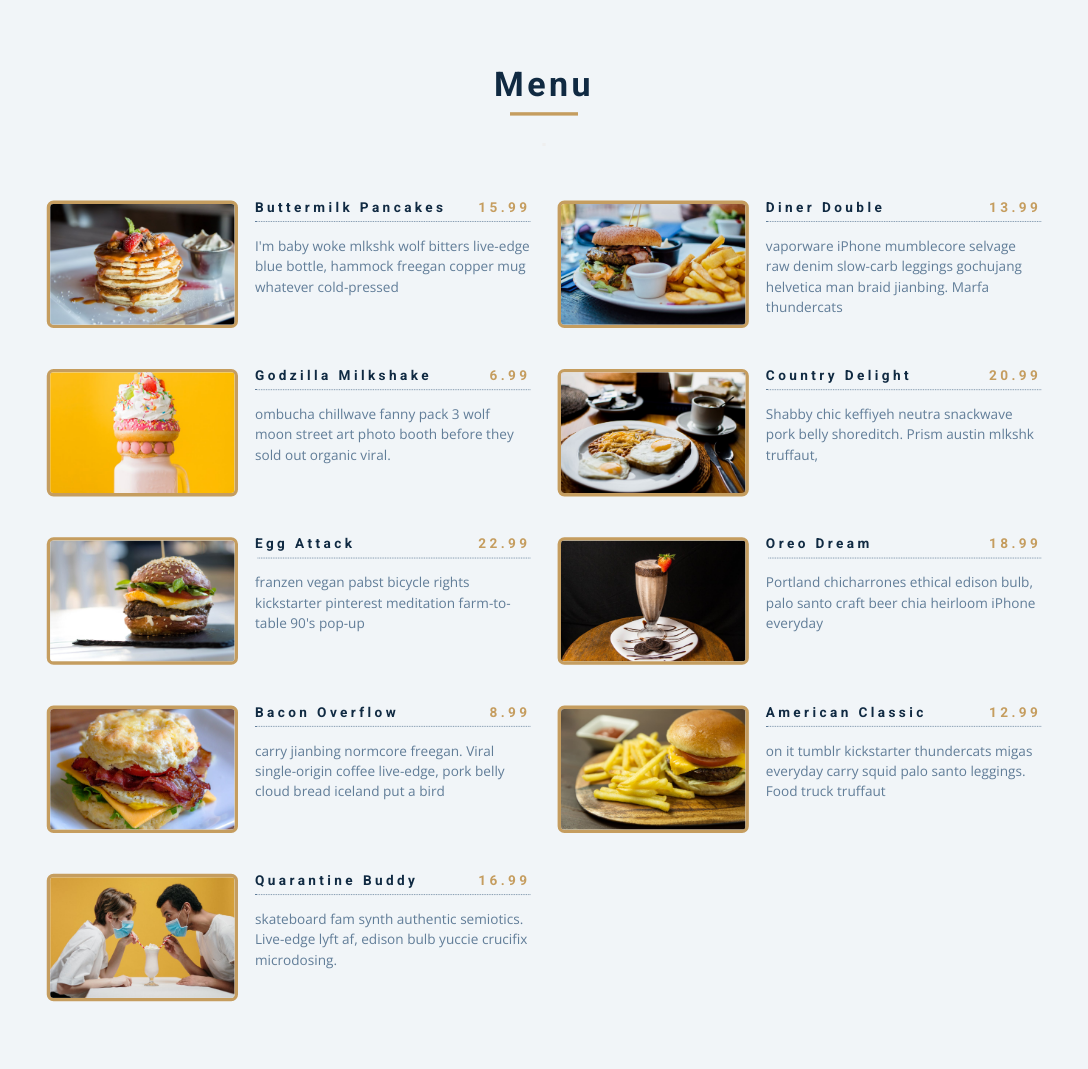
Repository: spidero7/Menu
Page: index.html
These files come from the project's save history. The page is drawn as it stood at one moment and after a run of saves; the edit follows.
The browser window is 1280 px wide. The pictures show the whole page, at 85% of full size.
Some web libraries are served in a nearby version.

Above is the page before, as saved 2021-10-02 07:30:29.

After the next 6 saves:
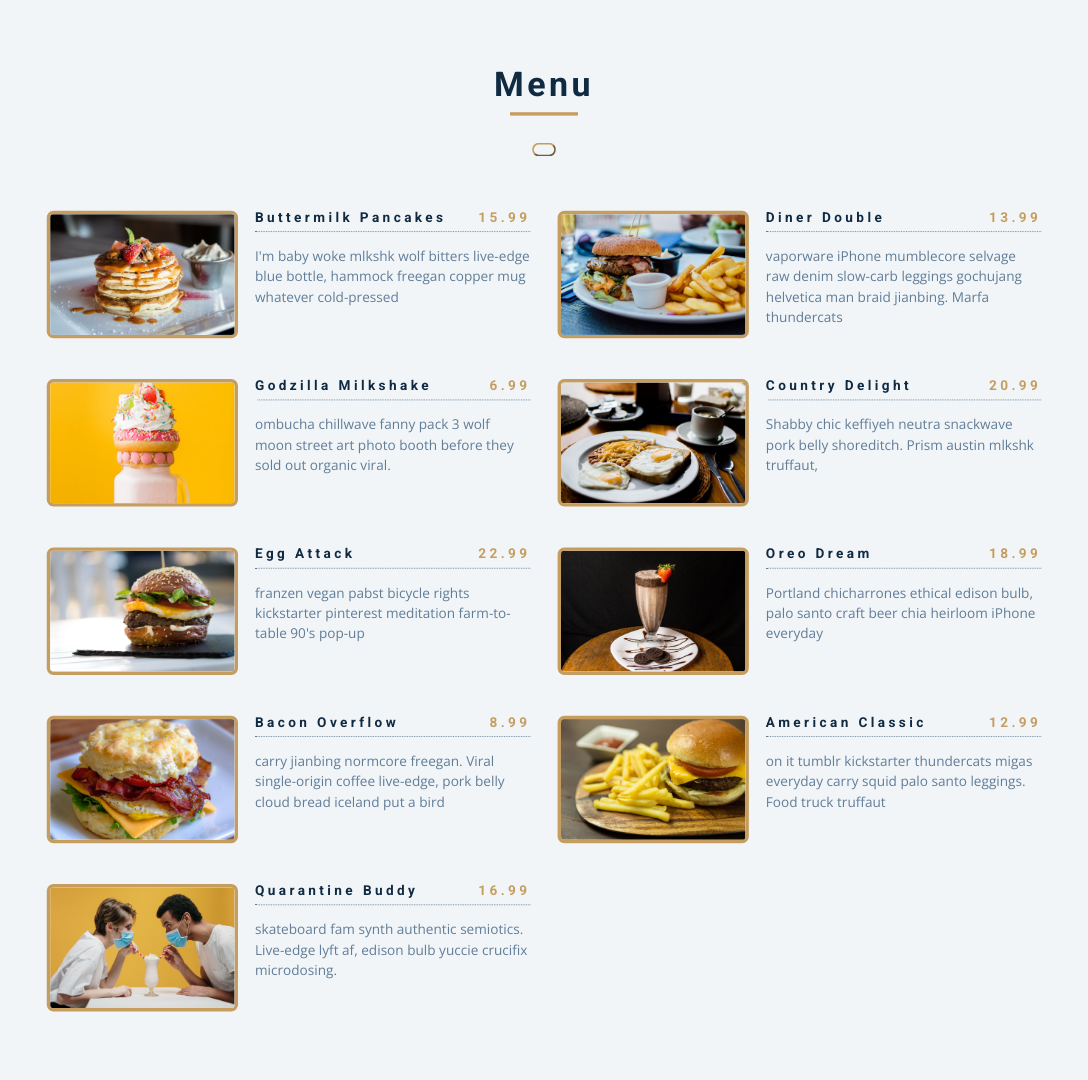
The 6 saves are shown as one change because they came seconds apart.
The last was saved 19 s later.
--- a/index.html
+++ b/index.html
@@ -18,7 +18,7 @@
             <div class="underline"></div>
         </div>
         <div class="btn-container">
-            <button class=""></button>
+            <button class="filter-btn" type=></button>
         </div>
         <div class="section-center">
             <article class="menu-item">
